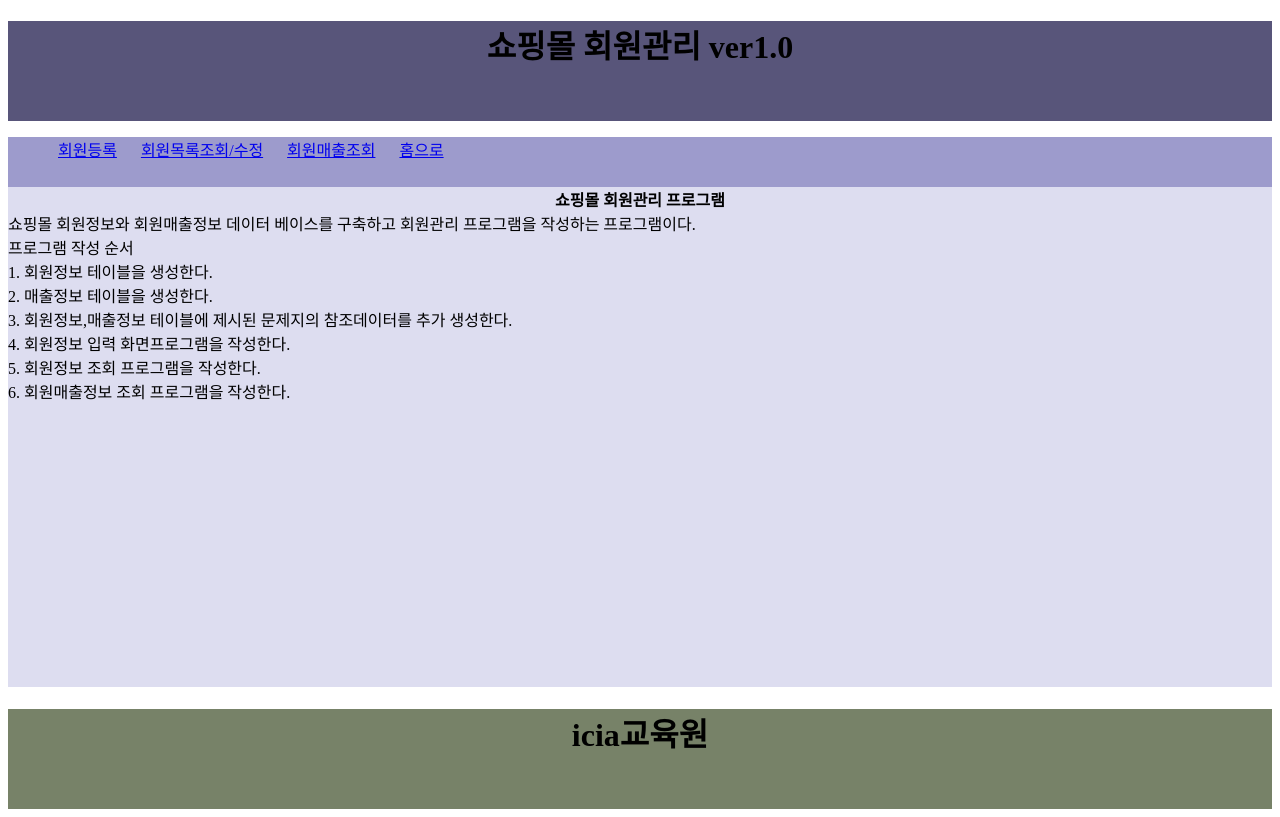
Repository: Kim-seongjun/javastudy2
Page: http://localhost/back_end_test/
These files come from the project's save history. The page is drawn as it stood at one moment and after the next save; the edit follows.
The browser window is 1280 px wide. The pictures show the whole page.
The page is served by Tomcat 9. Other server files are loaded and not shown.

Above is the page before, as saved 2020-01-22 07:17:41.

### back_end_test/WebContent/index.jsp
<%@ page language="java" contentType="text/html; charset=UTF-8"
	pageEncoding="UTF-8"%>
<!DOCTYPE html>
<html>
<head>
<meta charset="UTF-8">
<title>Insert title here</title>
<style>
#header {
	background-color: #58557A;
	text-align: center;
	height: 100px;
}

#nav {
	background-color: #9D9BCC;
	height: 50px;
}

#section {
	background-color: #DDDDF0;
	height: 500px;
}

#footer {
	text-align: center;
	background-color: #778268;
	height: 100px;
}
</style>
</head>
<body>
	<header>
		<div id="header">
			<jsp:include page="header.jsp" />
		</div>
	</header>
	<nav>
		<div id="nav">
			<jsp:include page="nav.jsp" />
		</div>
	</nav>
	<section>
		<div id="section">
			<jsp:include page="menu.jsp" />
		</div>
	</section>
	<footer>
		<div id="footer">
			<jsp:include page="footer.jsp" />
		</div>
	</footer>
</body>
</html>

### back_end_test/WebContent/header.jsp
<%@ page language="java" contentType="text/html; charset=UTF-8"
	pageEncoding="UTF-8"%>
<!DOCTYPE html>
<html>
<head>
<meta charset="UTF-8">
<title>Insert title here</title>
<style>
</style>
</head>
<body>
<h1>쇼핑몰 회원관리 ver1.0</h1>
</body>
</html>

### back_end_test/WebContent/nav.jsp
<%@ page language="java" contentType="text/html; charset=UTF-8"
    pageEncoding="UTF-8"%>
<!DOCTYPE html>
<html>
<head>
<meta charset="UTF-8">
<title>Insert title here</title>

</head>
<style>
ul li {
	list-style-type: none;
	display: inline;
	margin: 0px 10px;
}
</style>
<body>
   <div id="div_nav">
      <ul id="list">
         <li><a href="Joinfrm">회원등록</a></li>
         <li><a href="memberlist">회원목록조회/수정</a></li>
         <li><a href="membersales">회원매출조회</a></li>
         <li><a href="index">홈으로</a></li>
      </ul>
   </div>
</body>
</html>

### back_end_test/WebContent/menu.jsp
<%@ page language="java" contentType="text/html; charset=UTF-8"
	pageEncoding="UTF-8"%>
<!DOCTYPE html>
<html>
<head>
<meta charset="UTF-8">
<title>Insert title here</title>
</head>
<body>
	<div style="text-align: center;"><b>쇼핑몰 회원관리 프로그램</b></div>
	쇼핑몰 회원정보와 회원매출정보 데이터 베이스를 구축하고 회원관리 프로그램을 작성하는 프로그램이다.
	<br> 프로그램 작성 순서
	<br> 1. 회원정보 테이블을 생성한다.
	<br> 2. 매출정보 테이블을 생성한다.
	<br> 3. 회원정보,매출정보 테이블에 제시된 문제지의 참조데이터를 추가 생성한다.
	<br> 4. 회원정보 입력 화면프로그램을 작성한다.
	<br> 5. 회원정보 조회 프로그램을 작성한다.
	<br> 6. 회원매출정보 조회 프로그램을 작성한다.
	<br>
</body>
</html>

### back_end_test/WebContent/footer.jsp
<%@ page language="java" contentType="text/html; charset=UTF-8"
	pageEncoding="UTF-8"%>
<!DOCTYPE html>
<html>
<head>
<meta charset="UTF-8">
<title>Insert title here</title>
</head>
<body>
	<h1>icia교육원</h1>
</body>
</html>

After the next save:
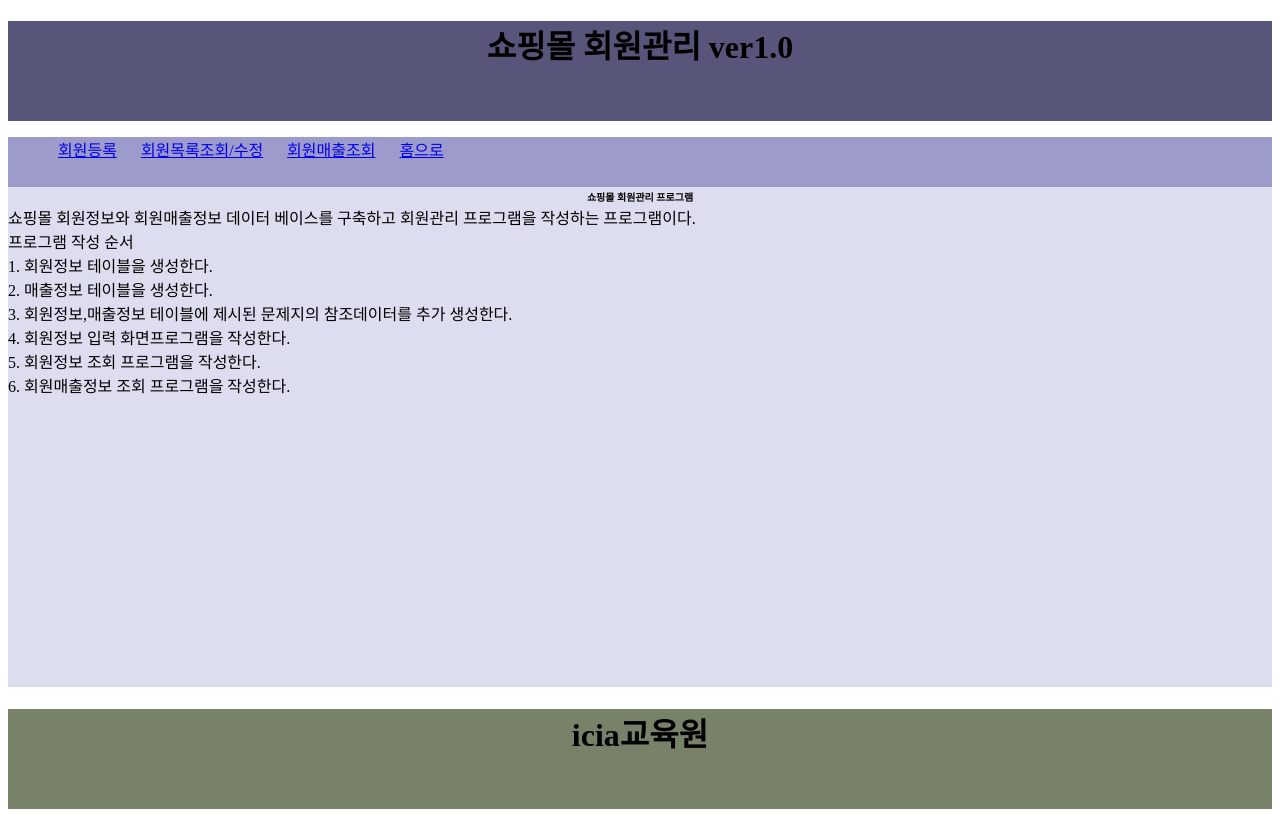
Saved 22 s later.
--- a/back_end_test/WebContent/menu.jsp
+++ b/back_end_test/WebContent/menu.jsp
@@ -7,7 +7,7 @@
 <title>Insert title here</title>
 </head>
 <body>
-	<div style="text-align: center;"><b>쇼핑몰 회원관리 프로그램</b></div>
+	<div style="text-align: center;"><b style="font-size: 10px;">쇼핑몰 회원관리 프로그램</b></div>
 	쇼핑몰 회원정보와 회원매출정보 데이터 베이스를 구축하고 회원관리 프로그램을 작성하는 프로그램이다.
 	<br> 프로그램 작성 순서
 	<br> 1. 회원정보 테이블을 생성한다.
